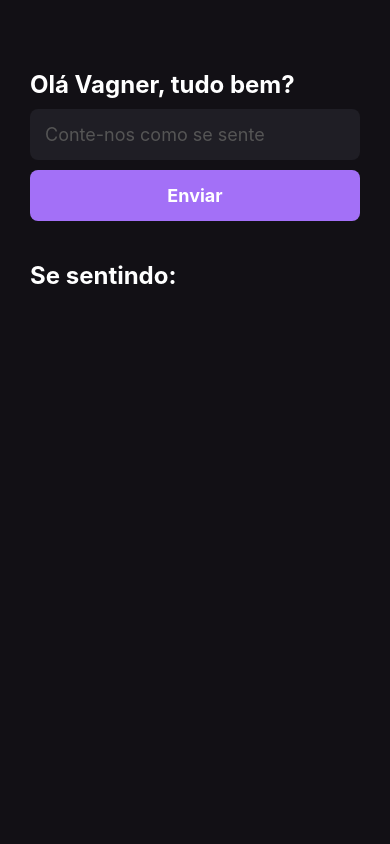
Repository: vagnereix/01-myskills-trilha-react-native
Screen: /
These files come from the project's save history. The screen is drawn as it stood at one moment and after the next save; the edit follows.
The app was drawn by React Native's web renderer in a window 390 px wide. The project was rebuilt for these pictures with package versions that can differ from the ones it lists, and the page was loaded fresh each time.

Above is the screen before, as saved 2021-06-17 18:36:04.

After the next save:
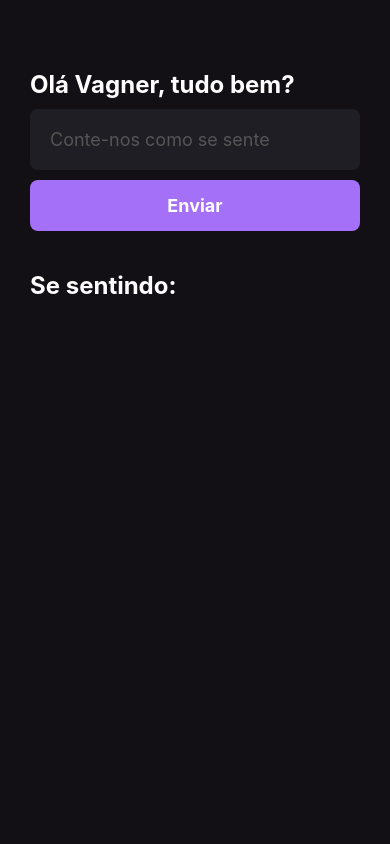
Saved 20 s later.
--- a/pages/home.tsx
+++ b/pages/home.tsx
@@ -73,7 +73,7 @@ const styles = StyleSheet.create({
     borderRadius: 8,
     backgroundColor: '#1f1e25',
     fontSize: 18,
-    padding: Platform.OS == 'android' ? 15 : 15,
+    padding: Platform.OS == 'android' ? 15 : 20,
   },
   touch: {
     backgroundColor: '#a370f7',
